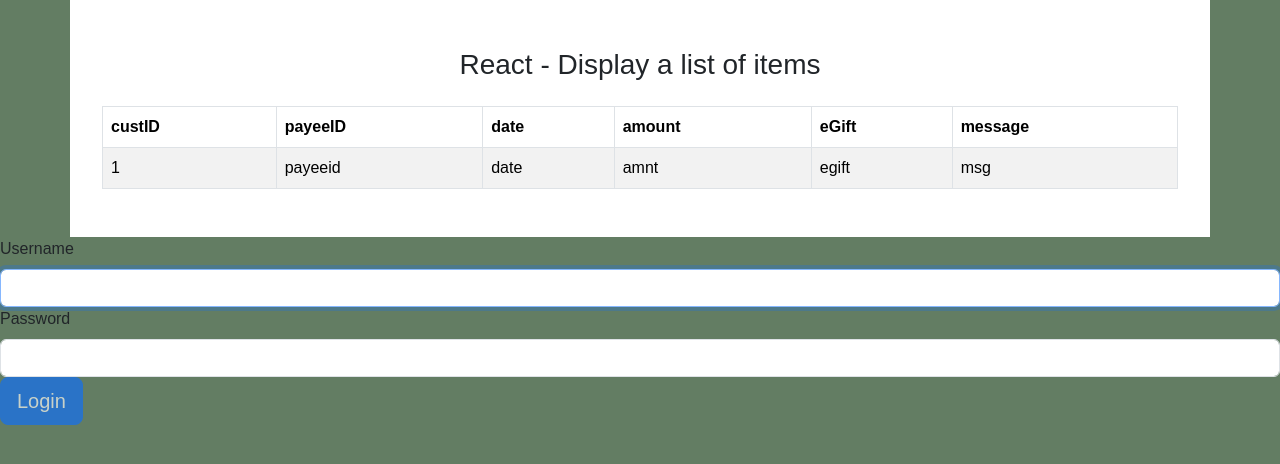
Repository: ryangen97/TT4_Group12
Page: / (app in dbsseed/)
The author's editor kept a copy of each file at every save. The page is drawn from the files as they stood at one save, then again after the next save.
The browser window is 1280 px wide. The pictures show the whole page.
The project was rebuilt for these pictures with package versions that can differ from the ones it lists, and the page was loaded fresh each time. A package was used in the major version that the imports need, not the one package.json lists.

Above is the page before, as saved 2021-05-07 13:00:24.

### dbsseed/src/App.js
import TranscationHistory from "./transactionhistory"
import Login from "./Login.js"
import React from "react";
import {
  BrowserRouter as Router,
  Switch,
  Route,
  Link
} from "react-router-dom";


function App() {

  return (
    <div className="Login">
      <TranscationHistory/>
      <Router>
      <Switch>

          <Route exact path="/">
            <Login />
          </Route>
        </Switch>
        </Router>
    </div>


  );
}

export default App;

### dbsseed/src/transactionhistory.js
import React, { useState } from 'react';

function TransactionHistory() {
    const [users, setUsers] = useState([
        { custID : 1, payeeID : 'payeeid', date : 'date', amount : 'amnt', eGift : 'egift', message: "msg" },
    ]);

    return (
        <div className="container">
            <h3 className="p-3 text-center">React - Display a list of items</h3>
            <table className="table table-striped table-bordered">
                <thead>
                    <tr>
                        <th>custID</th>
                        <th>payeeID</th>
                        <th>date</th>
                        <th>amount</th>
                        <th>eGift</th>
                        <th>message</th>

                    </tr>
                </thead>
                <tbody>
                    {users && users.map(user =>
                        <tr key={user.custID}>
                            <td>{user.custID} </td>
                            <td>{user.payeeID}</td>
                            <td>{user.date}</td>
                            <td>{user.amount}</td>
                            <td>{user.eGift}</td>
                            <td>{user.message}</td>

                        </tr>
                    )}
                </tbody>
            </table>
        </div>
    );
}

export default TransactionHistory;

### dbsseed/src/Login.js
import logo from './logo.svg';
import './App.css';
import React, { useState } from "react";
import Form from "react-bootstrap/Form";
import Button from "react-bootstrap/Button";
import "./Login.css";

function Login() {
  const [email, setEmail] = useState("");
  const [password, setPassword] = useState("");

  function validateForm() {
    return email.length > 0 && password.length > 0;
  }

  function handleSubmit(event) {
    event.preventDefault();
  }

  return (
    <div className="Login">
      <Form onSubmit={handleSubmit}>
        <Form.Group size="lg" controlId="Username">
          <Form.Label>Username</Form.Label>
          <Form.Control
            autoFocus
            type="User"
            value={email}
            onChange={(e) => setEmail(e.target.value)}
          />
        </Form.Group>
        <Form.Group size="lg" controlId="password">
          <Form.Label>Password</Form.Label>
          <Form.Control
            type="Password"
            value={password}
            onChange={(e) => setPassword(e.target.value)}
          />
        </Form.Group>
        <Button block size="lg" type="submit" disabled={!validateForm()}>
          Login
        </Button>
      </Form>
    </div>
  );
}

export default Login;

### dbsseed/src/App.css
.App {
  text-align: center;
}

.App-logo {
  height: 40vmin;
  pointer-events: none;
}

@media (prefers-reduced-motion: no-preference) {
  .App-logo {
    animation: App-logo-spin infinite 20s linear;
  }
}

.App-header {
  background-color: #282c34;
  min-height: 100vh;
  display: flex;
  flex-direction: column;
  align-items: center;
  justify-content: center;
  font-size: calc(10px + 2vmin);
  color: white;
}

.App-link {
  color: #61dafb;
}

@keyframes App-logo-spin {
  from {
    transform: rotate(0deg);
  }
  to {
    transform: rotate(360deg);
  }
}

.container {
  background-color: white;
  padding: 2rem;
}

.content {
  background-color: white;
  padding: .5rem;
}

.cf:before,
.cf:after {
    content: " "; /* 1 */
    display: table; /* 2 */
}

.cf:after {
    clear: both;
}

/**
 * For IE 6/7 only
 * Include this rule to trigger hasLayout and contain floats.
 */
.cf {
    *zoom: 1;
}

body{
	font-family: sans-serif;
}

### dbsseed/src/Login.css
* {
  margin: 0;
  padding: 0;
}

body {
  background: #637d63;
}

.App {
  font-family: sans-serif;
  text-align: center;
}

.form {
  max-width: 330px;
  margin: 0 auto;
  display: flex;
  flex-direction: column;
  background: white;
  padding: 20px;
  margin-top: 30px;
}

.form .form__custom-button {
  margin-top: 50px;
}

Loaded but not shown: dbsseed/public/index.html (common file); dbsseed/src/index.js (common file); dbsseed/src/index.css (common file)

After the next save:
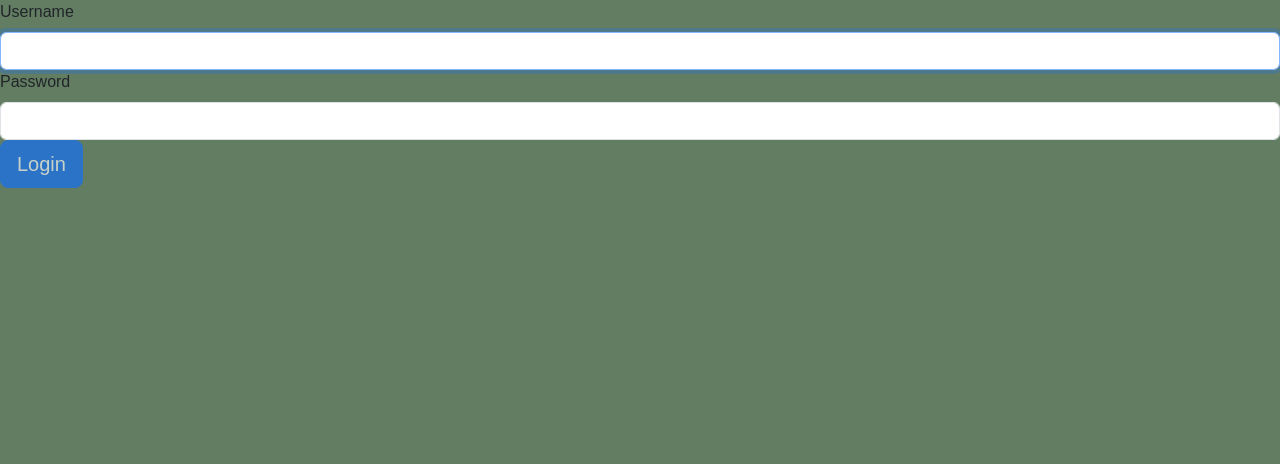
Saved 22 s later.
--- a/dbsseed/src/App.js
+++ b/dbsseed/src/App.js
@@ -13,7 +13,6 @@
 
   return (
     <div className="Login">
-      <TranscationHistory/>
       <Router>
       <Switch>
 
